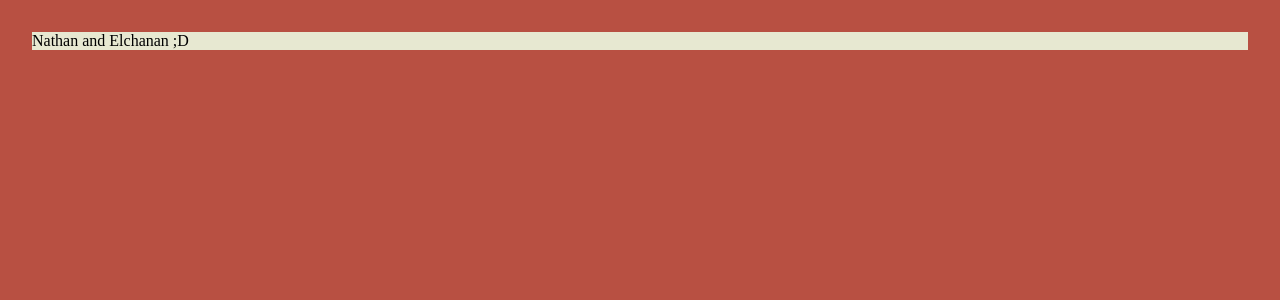
Repository: elchananChen/joke-api
Page: Client/index.html
These files come from the project's save history. The page is drawn as it stood at one moment and after the next save; the edit follows.
The browser window is 1280 px wide. The pictures show the whole page.
The page's requests for data from a server got no answer.

Above is the page before, as saved 2024-11-05 01:31:22.
Console error: TypeError: Cannot read properties of undefined (reading 'forEach')

After the next save:
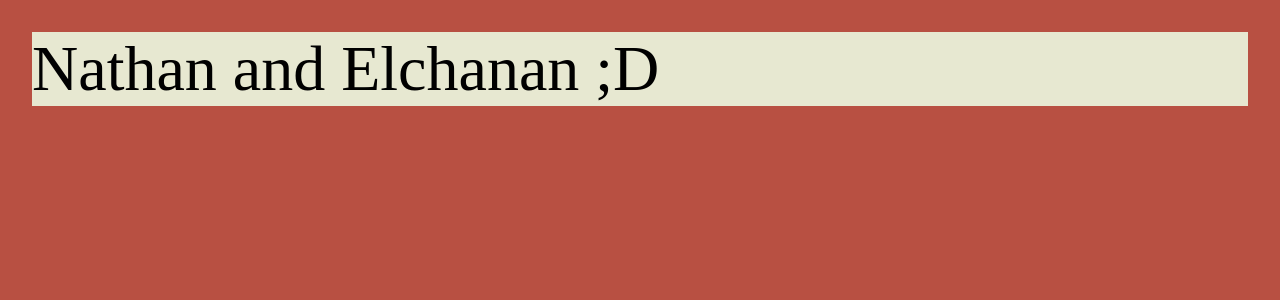
Saved 36 s later.
--- a/Client/styles.css
+++ b/Client/styles.css
@@ -14,6 +14,10 @@ article {
   background-color: var(--color-yellow-green-100);
 }
 
+h1 {
+  font-size: 4rem;
+}
+
 main {
   background-color: var(--color-yellow-green-100);
   border-radius: 1rem;
